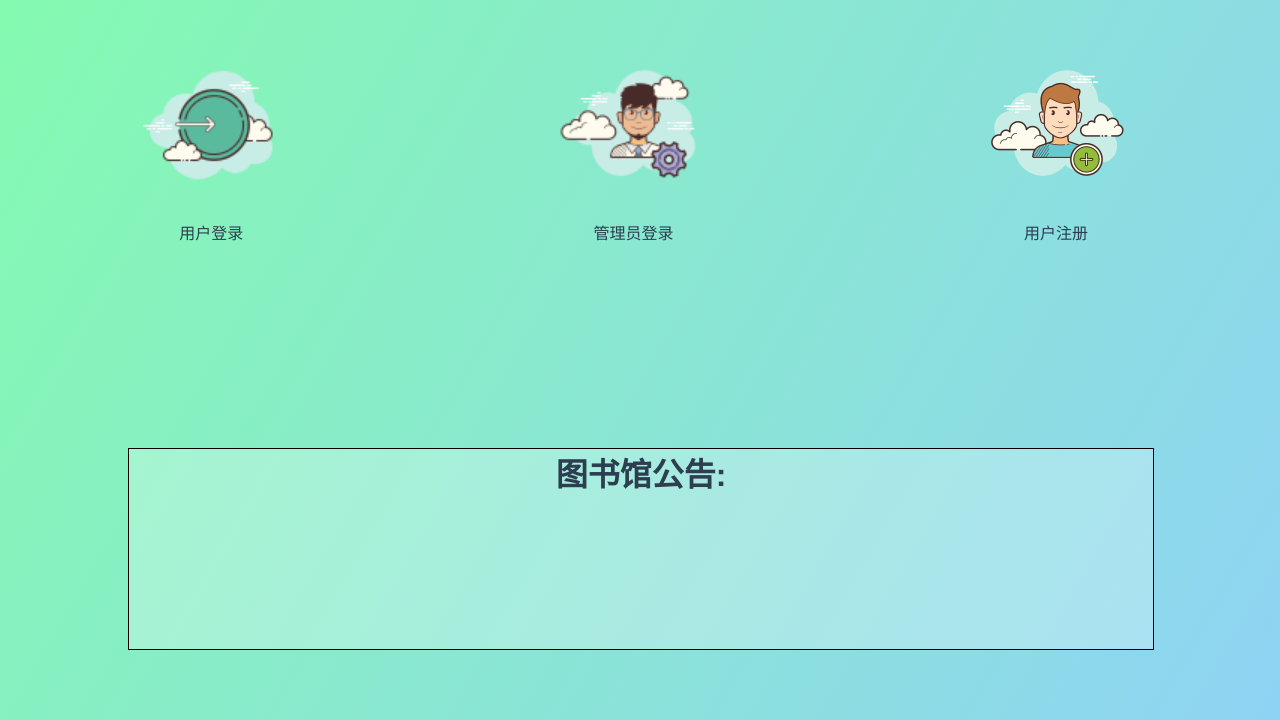
Repository: Akron-xz/helloVue
Page: / (app in vue-library/)
These files come from the project's save history. The page is drawn as it stood at one moment and after the next save; the edit follows.
The browser window is 1280 px wide. The pictures show the whole page.
The page's requests for data from a server got no answer. The project was rebuilt for these pictures with package versions that can differ from the ones it lists, and the page was loaded fresh each time. No one was signed in, and anything a server would have sent is missing.

Above is the page before, as saved 2020-11-24 08:58:30.

### vue-library/src/main.js
import Vue from 'vue'
import App from './App.vue'
import ElementUI from 'element-ui';
import 'element-ui/lib/theme-chalk/index.css';
import axios from "axios"
import router from './router'
import Router from 'vue-router'

const routerPush = Router.prototype.push
Router.prototype.push = function push(location) {
    return routerPush.call(this, location).catch(error => error)
}

Vue.config.productionTip = false
Vue.use(ElementUI);
Vue.prototype.$axios = axios;


new Vue({
    router,
    render: h => h(App)
}).$mount('#app')

### vue-library/src/router/index.js
import Vue from 'vue'
import VueRouter from 'vue-router'
import Home from '../views/Home.vue'


Vue.use(VueRouter)

const routes = [{
        path: '/',
        name: 'Home',
        component: Home
    },
    {
        path: '/about',
        name: 'About',
        // route level code-splitting
        // this generates a separate chunk (about.[hash].js) for this route
        // which is lazy-loaded when the route is visited.
        component: () =>
            import ( /* webpackChunkName: "about" */ '../views/About.vue')
    },
    {
        path: '/admin',
        name: 'Admin',
        // route level code-splitting
        // this generates a separate chunk (about.[hash].js) for this route
        // which is lazy-loaded when the route is visited.
        component: () =>
            import ( /* webpackChunkName: "about" */ '../views/Administrator.vue')
    },
    {
        path: "/userLogin",
        name: "UserLogin",
        component: () =>
            import ('../views/UserLogin.vue')
    },
    {
        path: "/user",
        name: "User",
        component: () =>
            import ( /* webpackChunkName: "about" */ '../views/User.vue')
    },
    {
        path: "/signup",
        name: "SignUp",
        component: () =>
            import ('../views/SignUp.vue')
    },
    {
        path: "/adminmain",
        name: "AdminMain",
        component: () =>
            import ('../views/AdminMain.vue')
    },
    {

        path: "/MyInformation",
        name: "MyInformation",
        component: () =>
            import ('../views/MyInformation.vue')
    },
    {
        path: "/library",
        name: "Library",
        component: () =>
            import ( /* webpackChunkName: "about" */ '../views/Library.vue')

    },
    {
        path: "/modifymsg",
        name: "ModifyMsg",
        component: () =>
            import ('../views/ModifyMsg.vue')
    },
    {
        path: "/borrowhistory",
        name: "BorrowHistory",
        component: () =>
            import ('../views/BorrowHistory.vue')
    },
    {
        path: "/newissue",
        name: "NewIssue",
        component: () =>
            import ('../views/NewIssue.vue')
    },
    {
        path: "/booksearch",
        name: "BookSearch",
        component: () =>
            import ('../views/BookSearch.vue')
    },
    {
        path: "/MyBookshelves",
        name: "MyBookshelves",
        component: () =>
            import ('../views/MyBookshelves.vue')
    },
    {
        path: "/modifyAnnounce",
        name: "ModifyAnnounce",
        component: () =>
            import ('../views/ModifyAnnounce.vue')
    },
    {
        path: "/statistics",
        name: "Statistics",
        component: () =>
            import ('../views/Statistics.vue')
    },


]

const router = new VueRouter({
    routes
})

export default router

### vue-library/src/views/Home.vue
<template>
  <div class="home-container">
    <div class="login box">
      <img src="/img/home/login.png" alt="" class="home-img" @click="toLogin" />
      <p class="logo-name" @click="toLogin">用户登录</p>
    </div>

    <div class="admin box">
      <img src="/img/home/admin.png" alt="" class="home-img" @click="toAdmin" />
      <p class="logo-name" @click="toAdmin">管理员登录</p>
    </div>

    <div class="signup box">
      <img
        src="/img/home/signup.png"
        alt=""
        class="home-img"
        @click="toSignUp"
      />
      <p class="logo-name" @click="toSignUp">用户注册</p>
    </div>

    <div class="announce-box">
      <h1>图书馆公告:</h1>
      <p>{{ announceContent }}</p>
    </div>
    <div class="img">
      <!-- <img src="/img/anoncementImg.svg" alt="" class="anoncementImg">  -->
    </div>
  </div>
</template>>


<script>
import axios from "axios";
export default {
  data() {
    return {
      announceTime: "",
      announceContent: "",
      permission: false,
    };
  },
  methods: {
    getAnnounce() {
      axios({
        method: "get",
        url: "http://localhost:8081/announce/list",
      })
        .then((res) => {
          let announceContent = res.data.announceContent;
          this.announceContent = announceContent;
          console.log(announceContent);
        })
        .catch(function (error) {
          //请求失败
          console.log("error...", error);
        });
    },
    // 登录
    toLogin() {
      this.permission = true;
      this.$router.push({ path: "/UserLogin" });
    },
    // 管理员登录
    toAdmin() {
      this.permission = true;
      this.$router.push({ path: "/admin" });
    },
    // 注册账号
    toSignUp() {
      this.permission = true;
      this.$router.push({ path: "/signup" });
    },
  },
  created() {
    this.getAnnounce();
  },

  // 只有点击上面 用户登录 或 管理员登录 或 注册 才能跳转 (导航守卫)
  // beforeRouteLeave (to, from, next) {
  //   if (this.permission) {
  //     next();
  //   }else {
  //     next(false);
  //   }
  // }
};
</script>

<style  scoped>
.home-container {
  position: fixed;
  left: 0;
  top: 0;
  width: 100%;
  height: 100%;
  background-repeat: no-repeat;
  background-size: 100%;
  background-image: linear-gradient(120deg, #84fab0 0%, #8fd3f4 100%);
  text-align: center;
}

.home-img {

  width: 150px;
  height: 150px;
  margin-top: 50px;
  border-radius: 80px;
  cursor: pointer;
  transition: width 1s, height 1s, transform 1s;
}

.home-img:hover {
  width: 180px;
  height: 180px;
}

.logo-name:hover {
  cursor: pointer;
  color: blue;
}

.box {
  list-style-type: none;
  float: left;
  width: 33%;
}

.announce-box {
  position: absolute;
  bottom: 70px;
  left: 10%;
  height: 200px;
  width: 80%;
  background-color: #ffffff40;
  border: 1px solid black;
}

.announce-box h1 {
  margin-top: 0;
}

.anoncementImg{
  position: relative;
  bottom: 30%;
}
</style>>

Loaded but not shown: vue-library/public/index.html (common file); vue-library/src/App.vue (common file)

After the next save:
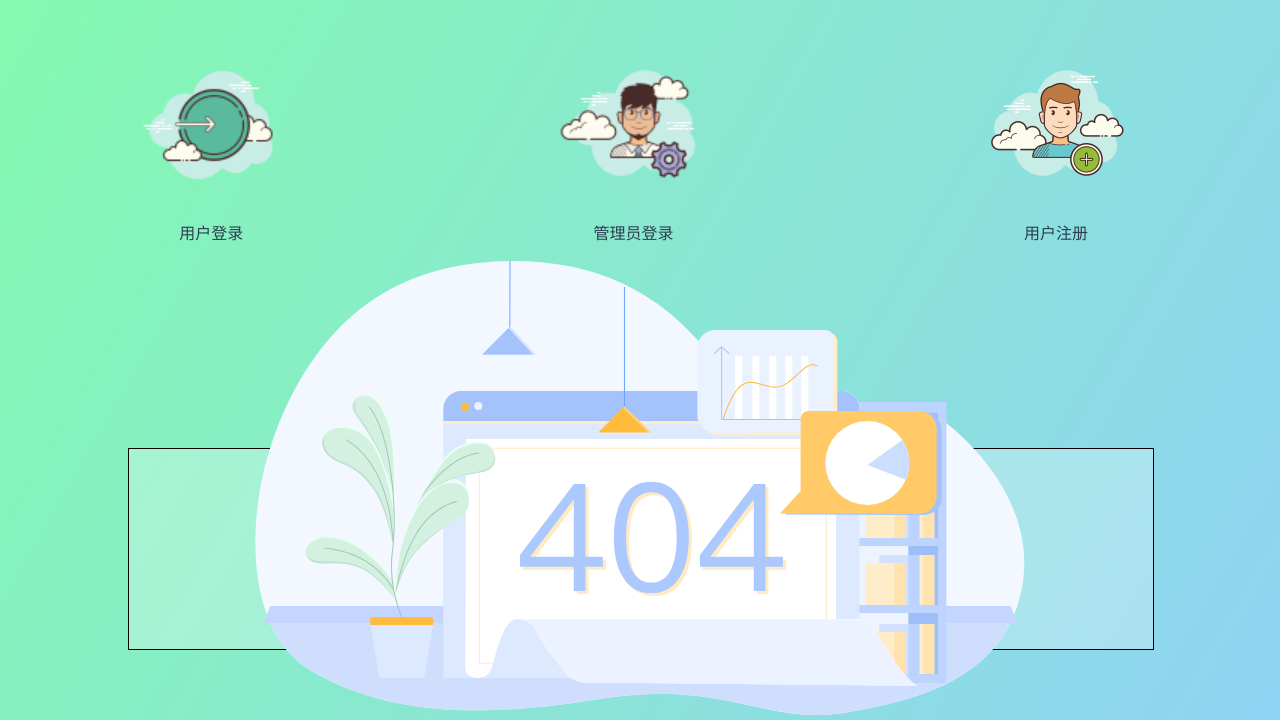
Saved 18 s later.
--- a/vue-library/src/views/Home.vue
+++ b/vue-library/src/views/Home.vue
@@ -25,7 +25,7 @@
       <p>{{ announceContent }}</p>
     </div>
     <div class="img">
-      <!-- <img src="/img/anoncementImg.svg" alt="" class="anoncementImg">  -->
+      <img src="/img/anoncementImg.svg" alt="" class="anoncementImg">
     </div>
   </div>
 </template>>

After the save that followed:
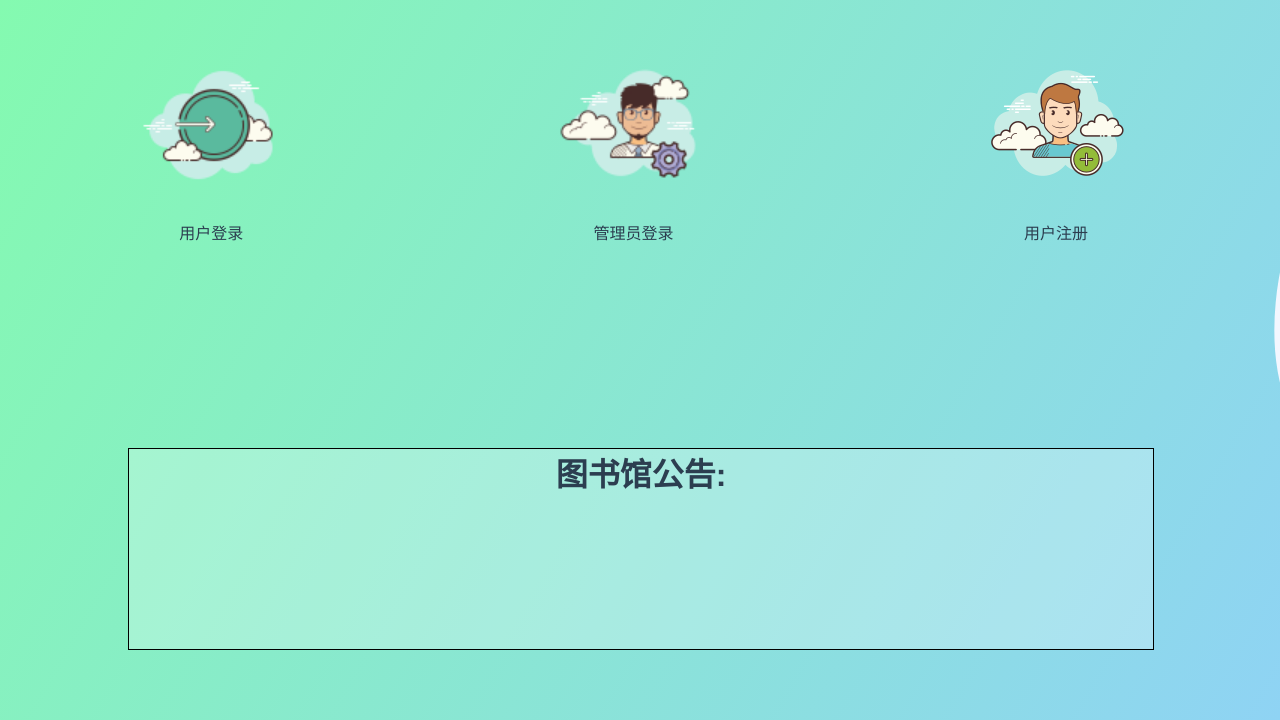
Saved 37 s later.
--- a/vue-library/src/views/Home.vue
+++ b/vue-library/src/views/Home.vue
@@ -142,7 +142,7 @@ export default {
 }
 
 .anoncementImg{
-  position: relative;
+  position: fixed;
   bottom: 30%;
 }
 </style>>
